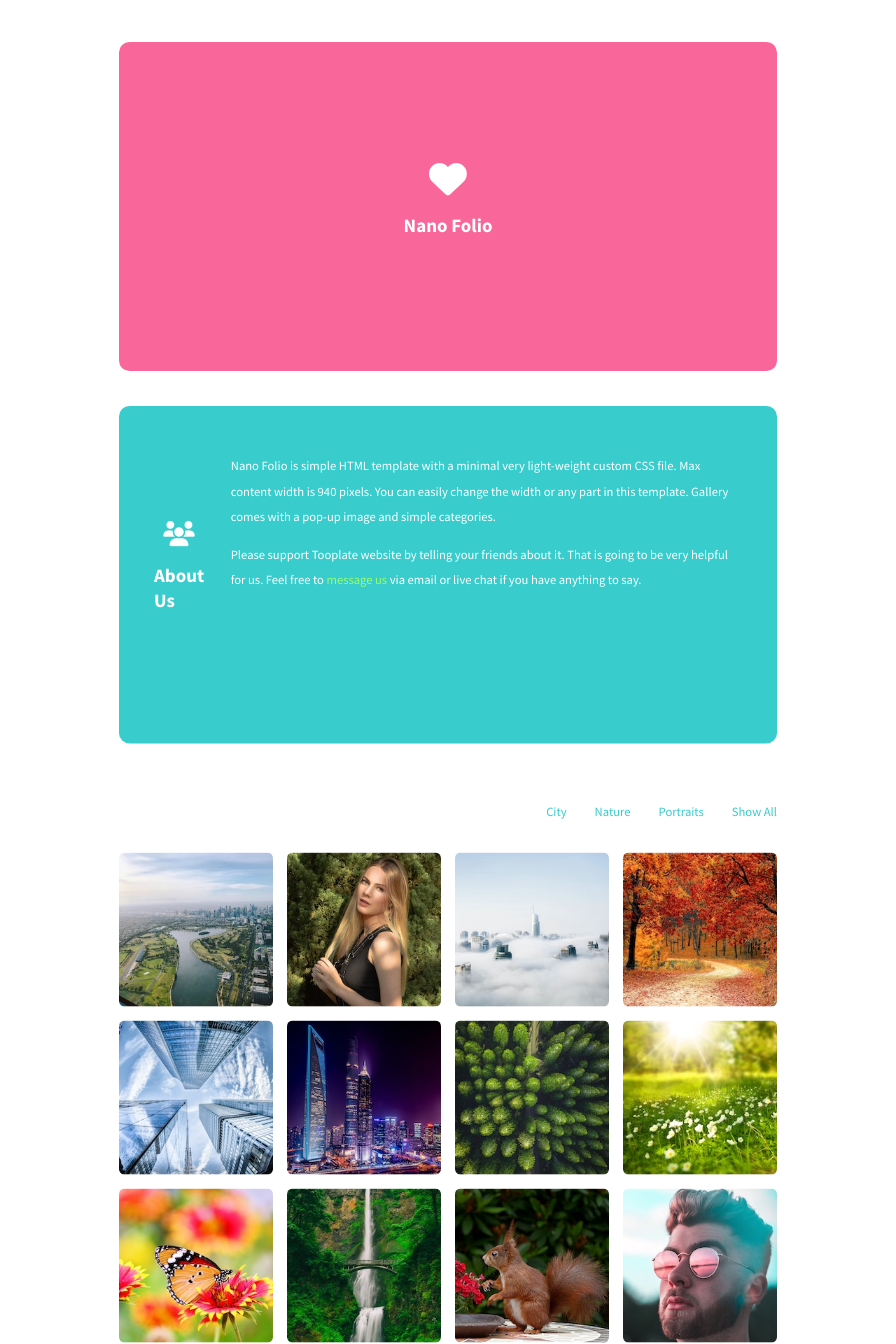
Repository: BuiVanVu102/Tooplate
Page: index.html
The author's editor kept a copy of each file at every save. The page is drawn from the files as they stood at one save, then again after the next save.
The browser window is 1280 px wide. The pictures show the part of the page from y = 0 to 1920 px (the page is 2582 px tall), at 70% of full size.
Some web libraries are served in a nearby version. The style sheet was rebuilt from its Sass, Less or Tailwind sources for each picture, by a compiler version that may differ from the author's.

Above is the page before, as saved 2021-11-17 10:07:43.

### index.html
<!DOCTYPE html>
<html lang="en">
<head>
	<meta charset="UTF-8">
	<meta http-equiv="X-UA-Compatible" content="IE=edge">
	<meta name="viewport" content="width=device-width, initial-scale=1.0">
	<link rel="preconnect" href="https://fonts.googleapis.com">
	<link rel="preconnect" href="https://fonts.gstatic.com" crossorigin>
	<link href="https://fonts.googleapis.com/css2?family=Source+Sans+Pro:wght@400;700&display=swap" rel="stylesheet">
	<link rel="stylesheet" href="./css/app.css">
	<title>Nano Folio - Live View</title>
</head>
<body>
		<div class="wrapper">
			<main>
				<section class="first">
					<div class="container">
						<div class="first__container">
							<i class="fas fa-heart fa-3x"></i>
							<h1 class="first__name">Nano Folio</h1>
						</div>
					</div>
				</section>
				<section class="about">
					<div class="container">
						<div class="about__container">
							<div class="about__heading">
								<i class="fas fa-users fa-2x"></i>
								<h2 class="about__name">
									About Us
								</h2>
							</div>
							<div class="about__desc">
								<p class="about__typography1">
									Nano Folio is simple HTML template with a minimal very light-weight custom CSS file. Max content width is 940 pixels. You can easily change the width or any part in this template. Gallery comes with a pop-up image and simple categories.
								</p>
								<p class="about__typography2">
									Please support Tooplate website by telling your friends about it. That is going to be very helpful for us. Feel free to <a rel="nofollow" href="https://www.tooplate.com/contact" target="_blank" style="color: #99FF66;">message us</a>  via email or live chat if you have anything to say.
								</p>
							</div>
						</div>
					</div>
				</section>
				<section class="show">
					<div class="container">
						<div class="show__container">
							<div class="show__header">
								<ul class="menu">
									<li class="menu__item"><a href="#!">City</a></li>
									<li class="menu__item"><a href="#!">Nature</a></li>
									<li class="menu__item"><a href="#!">Portraits</a></li>
									<li class="menu__item"><a href="#!">Show All</a></li>
								</ul>
							</div>
							<div class="show__list">
								<div class="show__img">
									<img src="./images/city-1.jpg" alt="">
								</div>
								<div class="show__img">
									<img src="./images/human-1.jpg" alt="">
								</div>
								<div class="show__img">
									<img src="./images/city-2.jpg" alt="">
								</div>
								<div class="show__img">
									<img src="./images/nature-1.jpg" alt="">
								</div>
								<div class="show__img">
									<img src="./images/city-3.jpg" alt="">
								</div>
								<div class="show__img">
									<img src="./images/city-4.jpg" alt="">
								</div>
								<div class="show__img">
									<img src="./images/nature-2.jpg" alt="">
								</div>
								<div class="show__img">
									<img src="./images/nature-3.jpg" alt="">
								</div>
								<div class="show__img">
									<img src="./images/nature-4.jpg" alt="">
								</div>
								<div class="show__img">
									<img src="./images/nature-5.jpg" alt="">
								</div>
								<div class="show__img">
									<img src="./images/nature-6.jpg" alt="">
								</div>
								<div class="show__img">
									<img src="./images/human-2.jpg" alt="">
								</div>

							</div>
						</div>
					</div>
				</section>
				<section class="form">
					<div class="container">
						<div class="form__container">
							<div class="form__submit">
								<input type="text" name="" id="" placeholder="name">
								<input type="email" name="" id="" placeholder="email">
								<textarea name="" id="" cols="30" rows="10" placeholder="message"></textarea>
								<button type="submit">send</button>
							</div>
							<div class="form__info">
								<address class="form__adress">120 Curabitur sed tortor ultrices, congue odio eget, posuere urna. Praesent at rhoncus 10680</address>
								<div class="form__phone">
									Tel: <a href="tel:0100200340" class="form__phone-link">010-020-0340</a>
								</div>
								<div class="form__network">
									<a href="https://facebook.com"><i class="fab fa-facebook"></i></a>
									<a href="https://twitter.com"><i class="fab fa-twitter"></i></a>
									<a href="https://instagram.com"><i class="fab fa-instagram"></i></a>

								</div>
							</div>
							<div class="form__contact">
								<i class="fas fa-map-pin fa-3x"></i>
								<h2 class="form__contact-text">
									Contact
								</h2>
							</div>
						</div>
					</div>
				</section>
			</main>
			<footer class="footer">
				<div class="container">
					<div class="footer__container">

					Copyright 2020 Nano Folio - Design: <a rel="sponsored" href="https://www.tooplate.com" class="footer__link">Tooplate</a>
					</div>
				</div>
			</footer>
		</div>
		<script src="https://kit.fontawesome.com/33b4a28a88.js" crossorigin="anonymous"></script>
</body>
</html>

### sass/app.scss
@import 'variable';
@import 'reset';
@import 'global';
@import 'first';
@import 'about';
@import 'show';
@import 'form';
@import 'footer';

### sass/_variable.scss
$font: 'Source Sans Pro', sans-serif;
$text-color: #ffff;
$title-color: #38cccc;

### sass/_reset.scss
html {
	box-sizing: border-box;
  }
  * {
	margin: 0;
	padding: 0;
  }
  *,
  *:before,
  *:after {
	box-sizing: border-box;
  }
  input,
  textarea,
  select,
  button {
	outline: none;
  }
  input {
	line-height: normal;
  }
  label,
  button {
	cursor: pointer;
  }
  a {
	text-decoration: none;
  }
  img {
	display: block;
	max-width: 100%;
  }

### sass/_global.scss
body {
	line-height: 2em;
	color: $font;
	font-size: 18px;
	font-family: $font;
	font-weight: 400;
	background-color: white;
	overflow-x: hidden;
}

.wrapper {
	max-width: 100%;
	margin: 0 auto;
}
.container {
	width: 100%;
	max-width: 970px;
	margin: 0 auto;
	padding: 0px 15px;
}

### sass/_first.scss
.first {
	margin-top: 60px;
	&__container{
		display: flex;
		flex-direction: column;
		justify-content: center;
		align-items: center;
		border-radius: 15px;
		max-width: 940px;
		height: 470px;
		background-color: #f96699;
		color: white;
		margin-bottom: 50px;

	}
	&__name {
		margin: 22px 0;
	}
}
.fa-hear:before {
	content: "\f004";
}

### sass/_about.scss
.about {
	margin-top: 0px;
	&__container {
		display: flex;
		flex: 1 1;
		flex-grow: 1;
		flex-shrink: 1;
		flex-basis: 0%;


		padding: 50px 50px;
		margin-bottom: 80px;

		min-height: 482px;
		max-width: 940px;
		background-color: #38cccc;
		color: white;

		border-radius: 15px;
	}
	&__heading {
		display: flex;
		flex-direction: column;
		align-items: center;
		justify-content: center;


		max-width: 420px;
		height:382px;

		margin-right: 38px;

	}
	&__name {
		margin:  22px 0;
		font-size: 1.5em;
		font-weight: bold;
	}
	&__decs {
		display: block;
	}
	&__typography1 {

		display: block;
		margin: 18px 0 40px;
		font: 18px;

		margin-block-start: 1em;
    	margin-block-end: 1em;
    	margin-inline-start: 0px;
    	margin-inline-end: 0px;


	}
	&__typography2 {

		display: block;
		margin: 18px 0 0;
		font: 18px;

		margin-block-start: 1em;
		margin-block-end: 1em;
		margin-inline-start: 0px;
		margin-inline-end: 0px;
	}
}
.fa-user:before {
	content: "\f0c0";
}

@media screen and (max-width: 767px) {
	.about {
		padding: 50px;


	}
}

### sass/_show.scss
.show {
	margin-bottom: 80px;
	&__container {
		display: block;
	}
	&__header {
		display: flex;
		justify-content: flex-end;
		align-items: center;
		margin-bottom: 40px;
		color: #38CCCC;
	}
	&__list {
		display: grid;
		grid-template-columns: repeat(4, 1fr);
		gap: 20px;

		position: relative;
	}
	&__img img{
		width: 220px;
		height: 220px;
		border-radius: 0.5rem;
	}

}

.menu {
	list-style: none;
	display: flex;
	align-items: center;
	gap: 0 40px;


	&__item a {
		color: inherit;
		font-size: 18px;
	}
	&__item a:focus{
		color: #f96699;
	}
}

### sass/_form.scss
.form {
	margin-bottom: 50px;
	&__container {
		display: flex;
		justify-content: space-between;
		align-self: center;

		max-width: 940px;
		height: 438px;

		color: white;
		background-color: #99CCCC;

		padding: 50px 20px;

		border-radius: 15px;
	}
	&__submit {
		display: block;
		width: 40%;
	}
	&__submit  input{
		display: block;
		font-family: $font;
		font-size: 1rem;
		background: transparent;
		color: white;
		border: 0;
		border-bottom: 1px solid white;
		padding: 15px 0;
		margin-top: 5px;
		margin-bottom: 5px;
		width: 100%;
	}
	&__submit textarea {
		font-family: $font;
		font-size: 1rem;
		background:transparent;
		border: 0;
		border-bottom: 1px solid white;
		color: white;
		padding: 15px 0;
		margin: 5px 0 30px;
		max-width: 100%;
		max-height: 156px;
	}
	&__submit input:focus-visible {
		outline-offset: 0px;
		outline: -webkit-focus-color auto 1px;
		outline-color: -webkit-focus-ring-color;
		outline-style: auto;
		outline-width: 1px;
	}
	&__submit textarea:focus-visible {
		outline-offset: 0px;
		outline: -webkit-focus-ring-color auto 1px;
		outline-color: -webkit-focus-ring-color;
		outline-style: auto;
		outline-width: 1px;
	}
	&__submit button {
		display: block;

		background: none;
		color: white;
		font-size: 1rem;
		border: 0;
		cursor: pointer;
		transition: all 0.3s ease;

		margin-left: auto;
		margin-right: 0;
	}
	&__submit button:hover {
		color: black;
	}
	&__submit button:focus-visible {
		outline-offset: 0px;
		outline: -webkit-focus-ring-color auto 1px;
		outline-color: -webkit-focus-ring-color;
		outline-style: auto;
		outline-width: 1px;
	}
	&__info {
		display: block;

		width: 40%;
		padding: 20px 34px 0;
	}
	&__adress{
		display: block;
		margin-bottom: 30px;
		font-style: normal;
		font-size: 18px;

		max-width: 292px;
	}
	&__phone {
		display: block;
		margin-bottom: 40px;
		color: white;
		&-link {
			color: inherit;
			transition: all 0.3s ease;
		}
		&-link:hover {
			color: #38CCCC;
		}
	}
	&__network {
		display: flex;

	}
	&__network a {
		display: flex;
		justify-content: center;
		align-items: center;

		height: 40px;
		width: 40px;

		background-color: #ffff;
		margin-right: 15px;

		color: #99cccc;
		transition: all 0.3s ease;
	}
	&__network a:hover {
		color: #30ADAD;
	}
	&__contact {
		display: flex;
		flex-direction: column;
		align-items: center;
		justify-content: center;

		width: 20%;
		padding: 0 34px;
		&-text {
			display: block;
			margin: 22.4px;
			font-size: 1.5em;
			font-weight: bold;

		}
	}
}
::placeholder {
	color: white;

}

.fa-facebook:before {
	content: "\f09a";
}
.fa-twitter:before {
    content: "\f099";
}
.fa-instagram:before {
    content: "\f16d";
}
.fa-map-pin:before {
    content: "\f276";
}

### sass/_footer.scss
.footer {
	margin-bottom: 60px;
	&__container {
		display: block;
		color: #999999;
		text-align: center;
	}
	&__link {
		color:#999999;
		transition: all 0.3s ease;
	}
	&__link:hover {
		color: #38CCCC;
	}

}

After the next save:
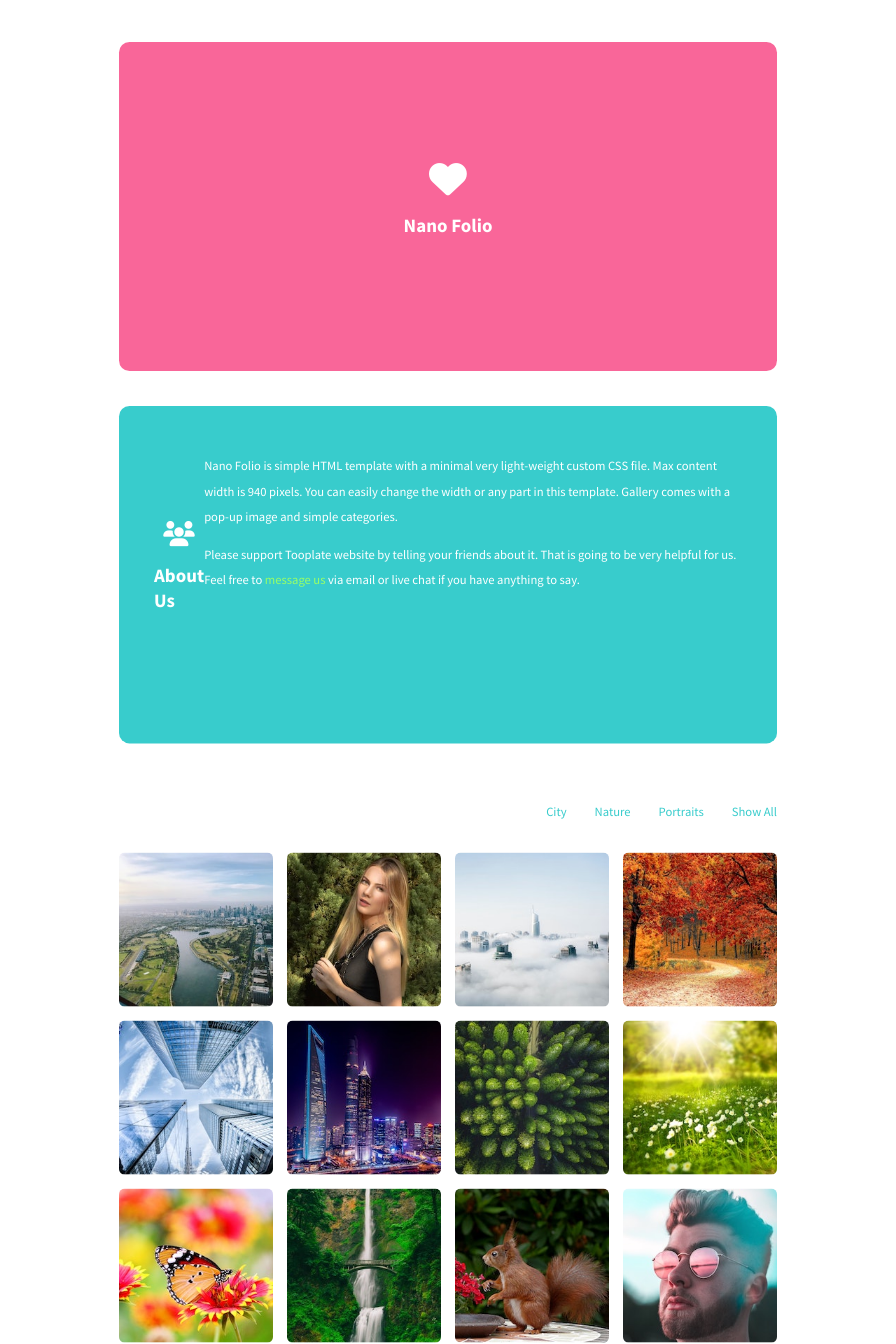
Saved 22 s later.
--- a/sass/_about.scss
+++ b/sass/_about.scss
@@ -28,7 +28,7 @@
 		max-width: 420px;
 		height:382px;
 
-		margin-right: 38px;
+		flex: 1
 
 	}
 	&__name {
